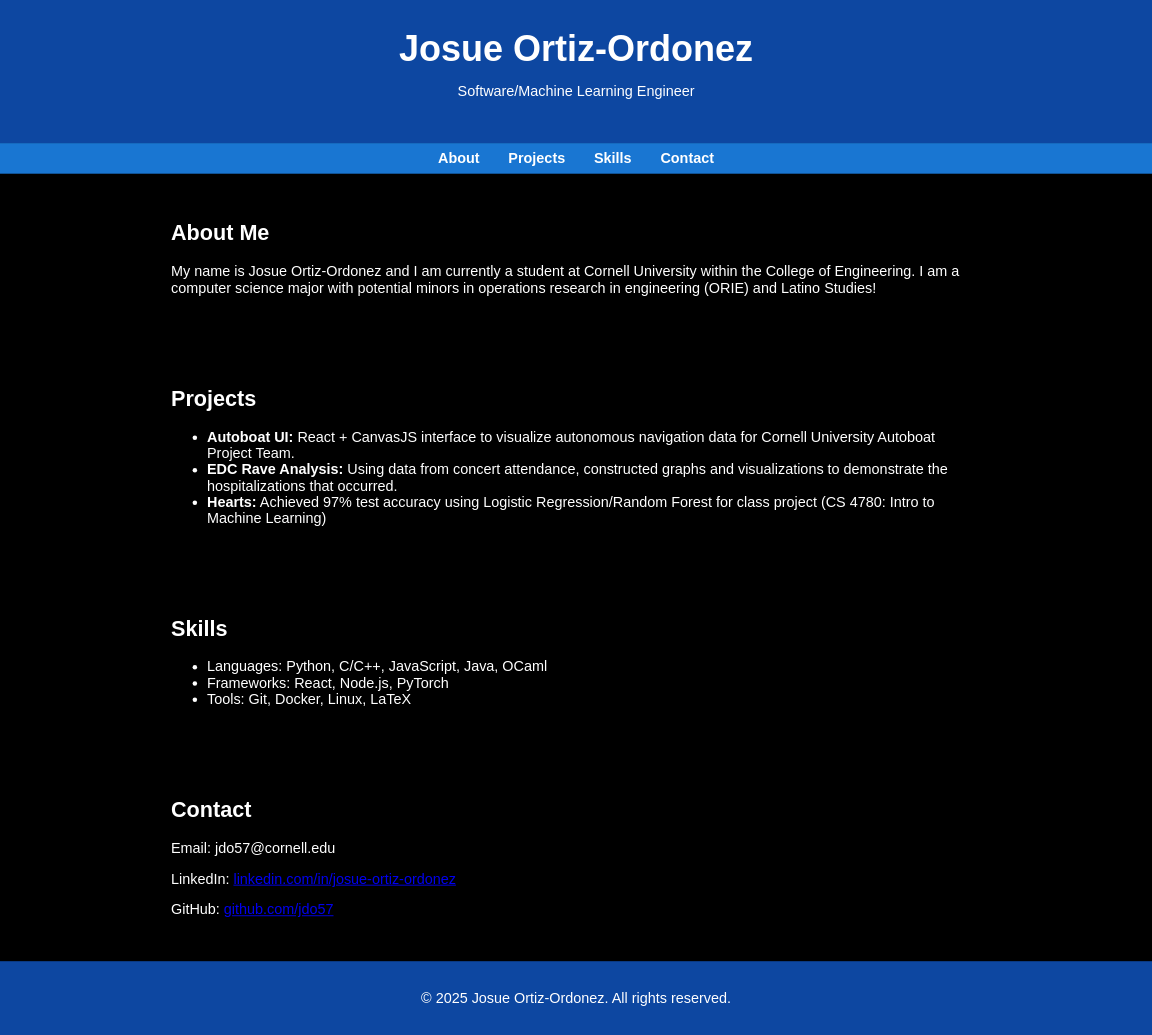
Repository: jdo57/Website
Page: index.html
The author's editor kept a copy of each file at every save. The page is drawn from the files as they stood at one save, then again after the next save.
The browser window is 1280 px wide. The pictures show the whole page, at 90% of full size.

Above is the page before, as saved 2025-05-26 01:22:37.

After the next save:
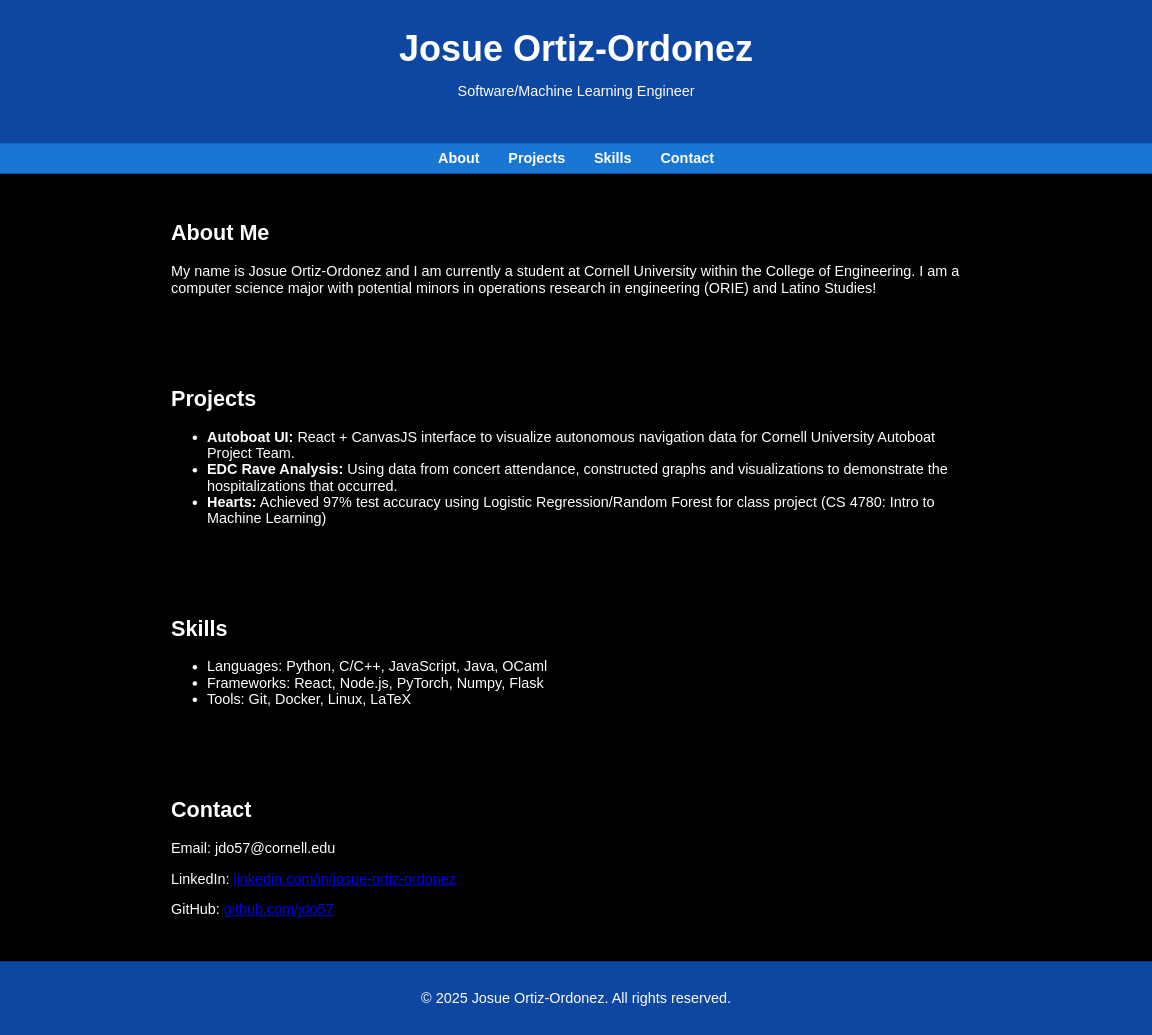
Saved 6 s later.
--- a/index.html
+++ b/index.html
@@ -101,7 +101,7 @@
     <h2>Skills</h2>
     <ul>
       <li>Languages: Python, C/C++, JavaScript, Java, OCaml</li>
-      <li>Frameworks: React, Node.js, PyTorch</li>
+      <li>Frameworks: React, Node.js, PyTorch, Numpy, Flask</li>
       <li>Tools: Git, Docker, Linux, LaTeX</li>
     </ul>
   </section>
